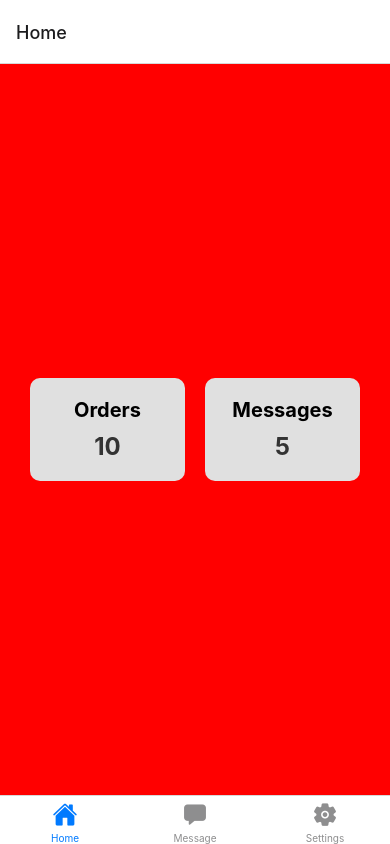
Repository: Waikato153/AwesomeProject
Screen: /
These files come from the project's save history. The screen is drawn as it stood at one moment and after a run of saves; the edit follows.
The app was drawn by React Native's web renderer in a window 390 px wide. The project was rebuilt for these pictures with package versions that can differ from the ones it lists, and the page was loaded fresh each time.

Above is the screen before, as saved 2024-02-28 16:14:14.

### App.js
import * as React from 'react';
import { Text, View, StyleSheet} from 'react-native';
import { NavigationContainer } from '@react-navigation/native';
import { createBottomTabNavigator } from '@react-navigation/bottom-tabs';
import { Ionicons } from '@expo/vector-icons';

import HomeScreen from './screens/HomeScreen';

function SettingsScreen() {
  return (
    <View style={{ flex: 1, justifyContent: 'center', alignItems: 'center' }}>
      <Text>Settings!</Text>
    </View>
  );
}


const styles = StyleSheet.create({
  container: {
    flex: 1,
    justifyContent: 'center',
    backgroundColor: 'white',
    alignItems: 'center',
    padding: 8,
  },
  paragraph: {
    margin: 24,
    fontSize: 18,
    fontWeight: 'bold',
    textAlign: 'center',
  },
});

const Tab = createBottomTabNavigator();

function MyTabs() {
  return (

    <Tab.Navigator

    >
      <Tab.Screen
        name="Home"
        component={HomeScreen}
        options={{
          tabBarIcon: ({ color, size }) => (
            <Ionicons name="home" color={color} size={size} />
          ),
        }}
      />
      <Tab.Screen
        name="Message"
        component={SettingsScreen}
        options={{
          tabBarIcon: ({ color, size }) => (
            <Ionicons name="chatbox" color={color} size={size} />
          ),
        }}
      />
      <Tab.Screen
        name="Settings"
        component={SettingsScreen}
        options={{
          tabBarIcon: ({ color, size }) => (
            <Ionicons name="settings" color={color} size={size} />
          ),
        }}
      />
    </Tab.Navigator>



  );
}

export default function App() {
  return (
    <NavigationContainer>
      <MyTabs />
    </NavigationContainer>
  );
}

### screens/HomeScreen.js
import React from 'react';
import { View, Text, StyleSheet } from 'react-native';

const HomeScreen = () => {
  return (
    <View style={styles.container}>
      <View style={styles.block}>
        <Text style={styles.title}>Orders</Text>
        <Text style={styles.count}>10</Text>
      </View>
      <View style={styles.block}>
        <Text style={styles.title}>Messages</Text>
        <Text style={styles.count}>5</Text>
      </View>
    </View>
  );
};



const styles = StyleSheet.create({
  container: {
    flex: 1,
    flexDirection: 'row',
    justifyContent: 'space-around',
    alignItems: 'center',
    backgroundColor: 'red',
    padding: 20,
  },
  block: {
    flex: 1,
    justifyContent: 'center',
    alignItems: 'center',
    backgroundColor: '#e0e0e0',
    borderRadius: 10,
    padding: 20,
    margin: 10,
  },
  title: {
    fontSize: 20,
    fontWeight: 'bold',
    marginBottom: 10,
  },
  count: {
    fontSize: 24,
    fontWeight: 'bold',
    color: '#333333',
  },
});



export default HomeScreen;

After the next 4 saves:
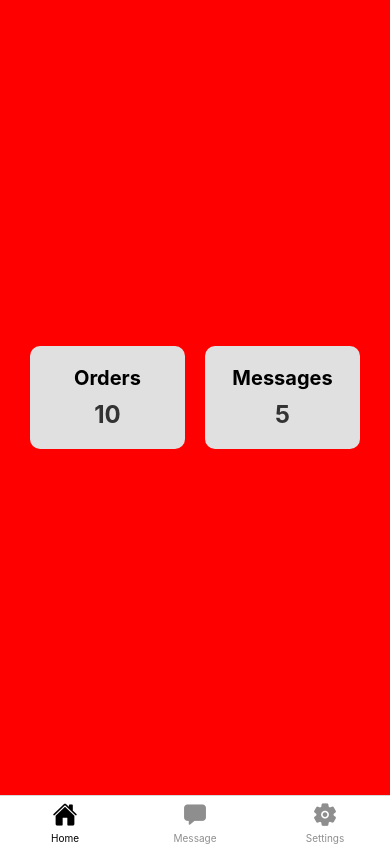
The 4 saves are shown as one change because 3 did not build or start.
The last was saved 2 min 46 s later.
--- a/App.js
+++ b/App.js
@@ -37,7 +37,10 @@ function MyTabs() {
   return (
 
     <Tab.Navigator
-
+    screenOptions={{
+      tabBarActiveTintColor: "#000",
+      headerShown: false,
+    }}
     >
       <Tab.Screen
         name="Home"
@@ -69,7 +72,6 @@ function MyTabs() {
     </Tab.Navigator>
 
 
-
   );
 }
 
